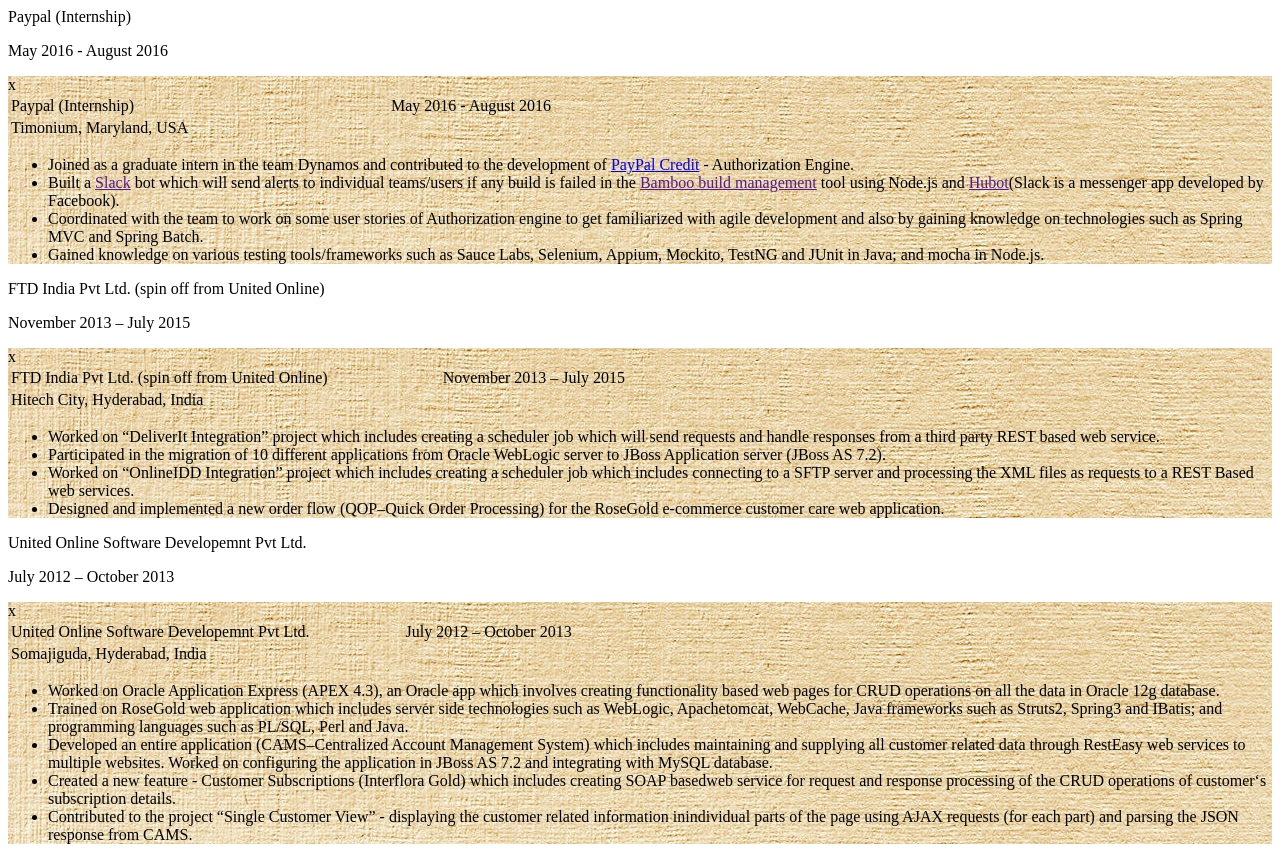
Repository: phanindrakannaji/Resume
Page: http://localhost/application/pages/experience.php
An editor plug-in stored every save of this project. The page is shown before and after the next save, followed by the edit.
The browser window is 1280 px wide. The pictures show the whole page.
The page is run by PHP 8.4 with error messages shown; the project is at /var/www/html/.

Above is the page before, as saved 2016-09-25 20:22:38.
Console error: ReferenceError: $ is not defined

### Resume/application/pages/experience.php
<script type="text/javascript"
	src="../resources/scripts/refreshScript.js"></script>
<div class="divExperience customfont2">
	<div class="divExperienceHeading">
		<p class="expHeading">Paypal (Internship)</p>
		<p class="expHeadingContent">May 2016 - August
			2016</p>
	</div>
	<div class="divExperienceWork modal customfont3">
		<div class="modal-content" style="background-image: url('../resources/images/paper.jpg');">
			<span class="close">x</span>
			<table>
				<tr>
					<td class=" smalltext underline" width="70%">Paypal (Internship)</td>
					<td class=" smalltext">May 2016 - August 2016</td>
				</tr>
				<tr>
					<td class=" smalltext">Timonium, Maryland, USA</td>
				</tr>
			</table>
			<ul>
				<li>Joined as a graduate intern in the team Dynamos and contributed
					to the development of <a
					href="https://en.wikipedia.org/wiki/PayPal_Credit" target="blank">PayPal
						Credit</a> - Authorization Engine.
				</li>
				<li>Built a <a href="" target="blank">Slack</a> bot which will send
					alerts to individual teams/users if any build is failed in the <a
					href="" target="blank">Bamboo build management</a> tool using
					Node.js and <a href="" target="blank">Hubot</a>(Slack is a
					messenger app developed by Facebook).
				</li>
				<li>Coordinated with the team to work on some user stories of
					Authorization engine to get familiarized with agile development and
					also by gaining knowledge on technologies such as Spring MVC and
					Spring Batch.</li>
				<li>Gained knowledge on various testing tools/frameworks such as
					Sauce Labs, Selenium, Appium, Mockito, TestNG and JUnit in Java;
					and mocha in Node.js.</li>
			</ul>
		</div>
	</div>
</div>

<div class="divExperience customfont2">
	<div class="divExperienceHeading">
		<p class="expHeading">FTD India Pvt Ltd. (spin off from United Online)</p>
		<p class="expHeadingContent">November 2013 –
			July 2015</p>
	</div>
	<div class="divExperienceWork modal customfont3">
		<div class=" modal-content" style="background-image: url('../resources/images/paper.jpg');">
			<span class="close">x</span>
			<table>
				<tr>
					<td class=" smalltext underline" width="70%">FTD India Pvt Ltd. (spin off from United Online)</td>
					<td class=" smalltext" >November 2013 – July 2015</td>
				</tr>
				<tr>
					<td class=" smalltext">Hitech City, Hyderabad, India</td>
				</tr>
			</table>


			<ul>
				<li>Worked on “DeliverIt Integration” project which includes
					creating a scheduler job which will send requests and handle
					responses from a third party REST based web service.</li>
				<li>Participated in the migration of 10 different applications from
					Oracle WebLogic server to JBoss Application server (JBoss AS 7.2).</li>
				<li>Worked on “OnlineIDD Integration” project which includes
					creating a scheduler job which includes connecting to a SFTP server
					and processing the XML files as requests to a REST Based web
					services.</li>
				<li>Designed and implemented a new order flow (QOP–Quick Order
					Processing) for the RoseGold e-commerce customer care web
					application.</li>
			</ul>
		</div>
	</div>
</div>

<div class="divExperience customfont2">
	<div class="divExperienceHeading">
		<p class="expHeading">United Online Software Developemnt Pvt Ltd.</p>
		<p class="expHeadingContent">July 2012 – October
			2013</p>
	</div>
	<div class="divExperienceWork modal customfont3">
		<div class="modal-content" style="background-image: url('../resources/images/paper.jpg');">
			<span class="close">x</span>
			<table>
				<tr>
					<td class=" smalltext underline" width="70%">United Online Software Developemnt Pvt Ltd.</td>
					<td class=" smalltext" >July 2012 – October 2013</td>
				</tr>
				<tr>
					<td class="smalltext">Somajiguda, Hyderabad, India</td>
				</tr>
			</table>
			<ul>
				<li>Worked on Oracle Application Express (APEX 4.3), an Oracle app
					which involves creating functionality based web pages for CRUD
					operations on all the data in Oracle 12g database.</li>
				<li>Trained on RoseGold web application which includes server side
					technologies such as WebLogic, Apachetomcat, WebCache, Java
					frameworks such as Struts2, Spring3 and IBatis; and programming
					languages such as PL/SQL, Perl and Java.</li>
				<li>Developed an entire application (CAMS–Centralized Account
					Management System) which includes maintaining and supplying all
					customer related data through RestEasy web services to multiple
					websites. Worked on configuring the application in JBoss AS 7.2 and
					integrating with MySQL database.</li>
				<li>Created a new feature - Customer Subscriptions (Interflora Gold)
					which includes creating SOAP basedweb service for request and
					response processing of the CRUD operations of customer‘s
					subscription details.</li>
				<li>Contributed to the project “Single Customer View” - displaying
					the customer related information inindividual parts of the page
					using AJAX requests (for each part) and parsing the JSON response
					from CAMS.</li>
			</ul>
		</div>
	</div>
</div>
<script type="text/javascript" src="../resources/scripts/experience.js"></script>

### Resume/resources/scripts/refreshScript.js
$(document).ready(function(){
	$("#commandInput").keypress(function(e){
		keypressInBox(e);
	});
	$("#commandInput").focus();
})

### Resume/resources/scripts/experience.js
$(document).ready(function(){
	$('.divExperienceHeading').click(function(){
		$(this).parent().children().last().css("display", "block");
	});
	var span = $(".close")[0];
	$(".close").click(function() {
	    $(this).parent().parent().css("display", "none");
	});
});

After the next save:
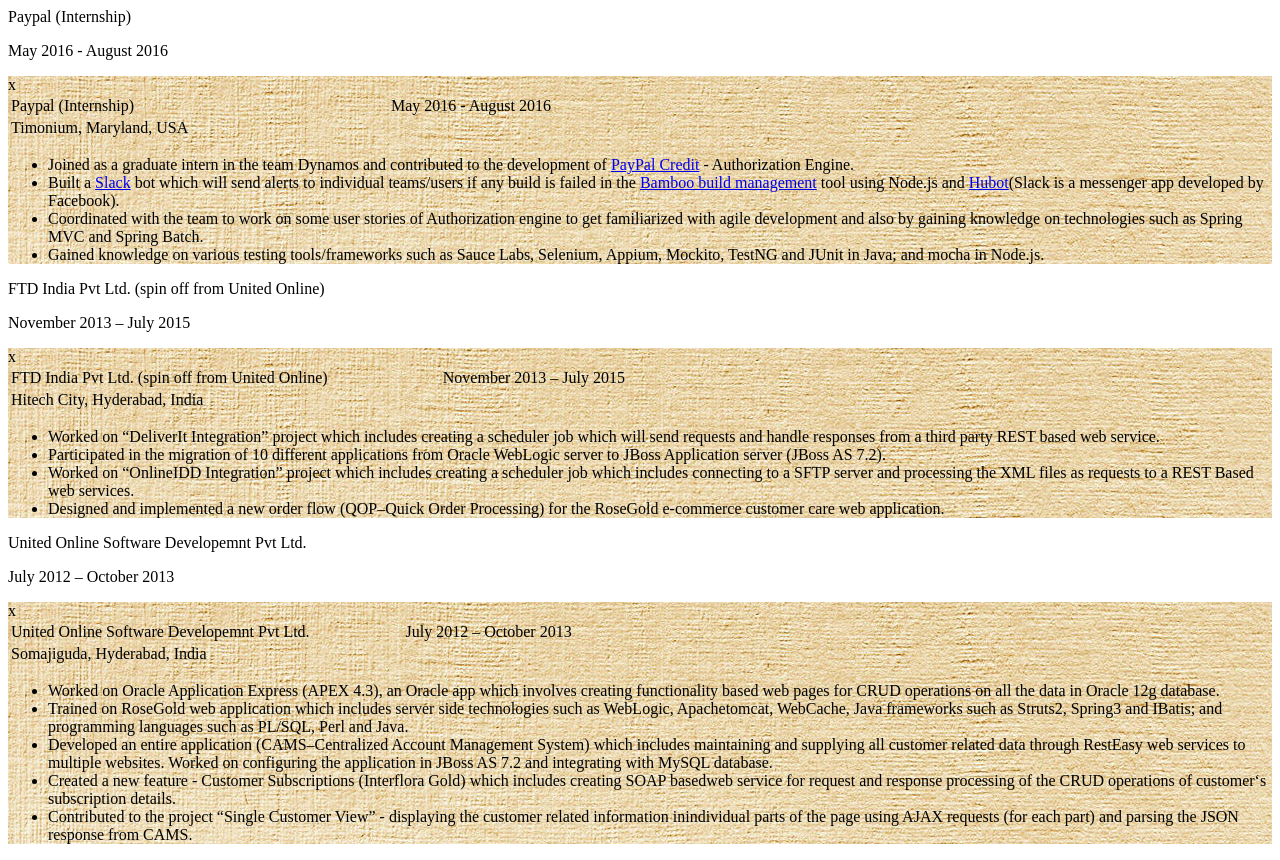
Saved 114 s later.
--- a/Resume/application/pages/experience.php
+++ b/Resume/application/pages/experience.php
@@ -24,10 +24,10 @@
 					href="https://en.wikipedia.org/wiki/PayPal_Credit" target="blank">PayPal
 						Credit</a> - Authorization Engine.
 				</li>
-				<li>Built a <a href="" target="blank">Slack</a> bot which will send
+				<li>Built a <a href="https://en.wikipedia.org/wiki/Slack_(software)" target="blank">Slack</a> bot which will send
 					alerts to individual teams/users if any build is failed in the <a
-					href="" target="blank">Bamboo build management</a> tool using
-					Node.js and <a href="" target="blank">Hubot</a>(Slack is a
+					href="https://www.atlassian.com/software/bamboo" target="blank">Bamboo build management</a> tool using
+					Node.js and <a href="https://slack.com/apps/A0F7XDU93-hubot" target="blank">Hubot</a>(Slack is a
 					messenger app developed by Facebook).
 				</li>
 				<li>Coordinated with the team to work on some user stories of
